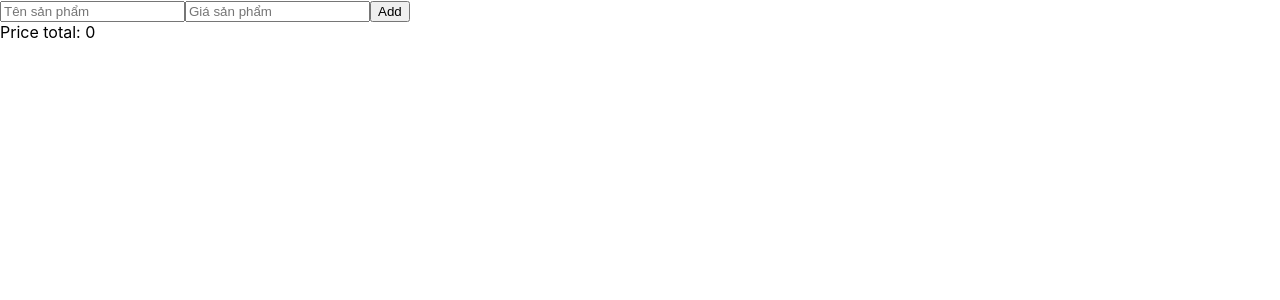
Repository: nongtruongfc/tiktok
Page: /
An editor plug-in stored every save of this project. The page is shown before and after the next save, followed by the edit.
The browser window is 1280 px wide. The pictures show the whole page.
The project was rebuilt for these pictures with package versions that can differ from the ones it lists, and the page was loaded fresh each time.

Above is the page before, as saved 2021-12-29 16:05:35.

### src/App.js

import Calculator from "./components/Calculator";

function App() {
  // TodoForm

  // const handleSubmitForm = (value) => {
  //   const newTodos = [...todos]
  //   newTodos.push({
  //     id: Math.random(),
  //     name: value
  //   })
  //   setTodos(newTodos)
  // }
  // // TodoForm End

  // // TodoList
  // const [todos,setTodos] = useState([
  //   {id: 1,name: "Todo 1"},
  //   {id: 2,name: "Todo 2"},
  //   {id: 3,name: "Todo 3"},
  // ])
  // const handleDeleteItem = todo => {
  //   const index = todos.findIndex(item => item.id === todo.id)
  //   const newTodos = [...todos]
  //   newTodos.splice(index,1)
  //   setTodos(newTodos)
  // }
  // // TodoList End

  // // PostList
  // const [page,setPage] = useState(1)
  // const [posts,setPosts] = useState([])

  // const api = `https://jsonplaceholder.typicode.com/posts?_limit=54&_page=${page}`

  // useEffect(() => {
  //   try {
  //     async function getPosts() {
  //       const respon = await fetch(api)
  //       const data = await respon.json()
  //       setPosts(data)
  //     }
  //     getPosts()
  //   } catch (e) {
  //     console.log(e)
  //   }

  // },[page])

  //   // Pagination
  // const handlePrevButtonClick = () => {
  //   setPage(page - 1)
  // }
  // const handleNextButtonClick = () => {
  //   setPage(page + 1)
  // }

  // // BackToTop
  // const [showBackToTop,setShowBackToTop] = useState()
  // console.log('re-render')

  // useEffect(() => {
  //   const handleScroll = () => {
  //     setShowBackToTop(window.scrollY > 200)
  //   }
  //   window.addEventListener('scroll', handleScroll)
  //   return () => {
  //     window.removeEventListener('scroll', handleScroll)
  //   }
  // },[])
  // const handleClickBackToTop = () => {
  //   window.scrollTo(0,0)
  // }
  // // Countdown
  // const [showCountdown,setShowCountdown] = useState(false)
  // const handleShowHideCountDown = () => {
  //   setShowCountdown(!showCountdown)
  // }


  return (
    <div className="App">

        {/* <button onClick={handleShowHideCountDown}>Show/Hide Countdown</button>
        {showCountdown && <Countdown counts={60} />}
        <TodoForm onSubmit={handleSubmitForm} />
        <TodoList todos={todos} deleteItem={handleDeleteItem} />
        <PostList posts={posts} onPrevButtonClick={handlePrevButtonClick} onNextButtonClick={handleNextButtonClick} page={page}/>
        {showBackToTop && <BackToTop onCLickBackToTop={handleClickBackToTop} />} */}
        <Calculator

        />
    </div>
  );
}

export default App;

### src/components/Calculator/index.jsx
import { useMemo, useRef, useState } from 'react';

function Calculator() {
    const [name,setName] = useState("")
    const [price,setPrice] = useState("")
    const [items,setItems] = useState([])
    const refInputName = useRef()

    const total = useMemo(() => {
        console.log("tinh toan gia")
        let result = items.reduce((total, item) => {
            return total + item.price
        },0)
        return result
    },[items])



    const handleAddItem = (e) => {
        e.preventDefault()
        if (name && price) {
            const newAddItems = [...items,{
                name,
                price: +price
            }]
            setItems(newAddItems)
            console.log('them item')
            setName("")
            setPrice("")
            refInputName.current.focus()
        }
    }

    const handleDeleteItem = (index) => {
        console.log('xoa item')
        const newRemoveItems = [...items]
        newRemoveItems.splice(index,1)
        setItems(newRemoveItems)
    }

    return (
        <form onSubmit={e => handleAddItem(e)}>
            {console.log("render")}
            <input
            ref = {refInputName}
            value={name}
            onChange = {e => setName(e.target.value)}
            type="text"
            placeholder="Tên sản phẩm"/>

            <input
            value={price}
            onChange = {e => setPrice(e.target.value)}
            type="text"
            placeholder="Giá sản phẩm" />

            <button
            onClick = {e => handleAddItem(e)}
            >Add</button>
            <div>
                {items.map((item,index) => (
                    <div key={Math.random()}>
                        {`${item.name} - ${item.price}`}

                        <button
                        onClick={() => handleDeleteItem(index)}
                        >Xoa</button>
                    </div>
                ))}
            </div>
            <div>Price total: {total}</div>

        </form>
    );
}

export default Calculator;

Loaded but not shown: public/index.html (common file); src/index.js (common file); src/index.css (common file); src/reportWebVitals.js (common file)

After the next save:
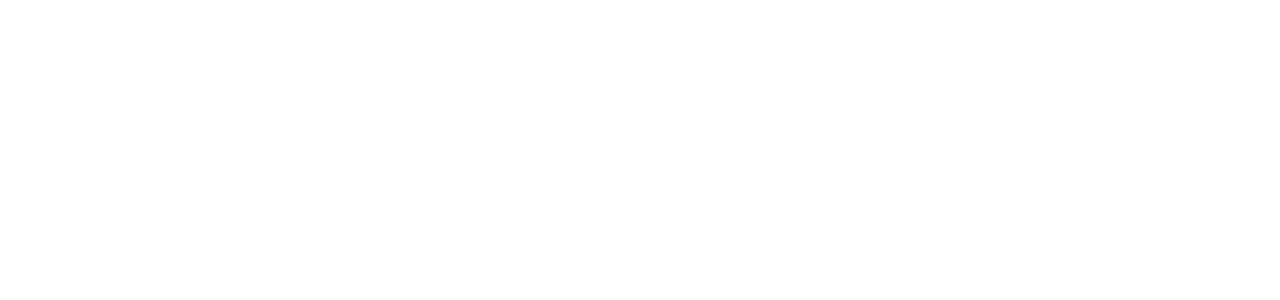
Saved 23 h 41 min later.
--- a/src/App.js
+++ b/src/App.js
@@ -2,95 +2,12 @@
 import Calculator from "./components/Calculator";
 
 function App() {
-  // TodoForm
 
-  // const handleSubmitForm = (value) => {
-  //   const newTodos = [...todos]
-  //   newTodos.push({
-  //     id: Math.random(),
-  //     name: value
-  //   })
-  //   setTodos(newTodos)
-  // }
-  // // TodoForm End
-
-  // // TodoList
-  // const [todos,setTodos] = useState([
-  //   {id: 1,name: "Todo 1"},
-  //   {id: 2,name: "Todo 2"},
-  //   {id: 3,name: "Todo 3"},
-  // ])
-  // const handleDeleteItem = todo => {
-  //   const index = todos.findIndex(item => item.id === todo.id)
-  //   const newTodos = [...todos]
-  //   newTodos.splice(index,1)
-  //   setTodos(newTodos)
-  // }
-  // // TodoList End
-
-  // // PostList
-  // const [page,setPage] = useState(1)
-  // const [posts,setPosts] = useState([])
-
-  // const api = `https://jsonplaceholder.typicode.com/posts?_limit=54&_page=${page}`
-
-  // useEffect(() => {
-  //   try {
-  //     async function getPosts() {
-  //       const respon = await fetch(api)
-  //       const data = await respon.json()
-  //       setPosts(data)
-  //     }
-  //     getPosts()
-  //   } catch (e) {
-  //     console.log(e)
-  //   }
-
-  // },[page])
-
-  //   // Pagination
-  // const handlePrevButtonClick = () => {
-  //   setPage(page - 1)
-  // }
-  // const handleNextButtonClick = () => {
-  //   setPage(page + 1)
-  // }
-
-  // // BackToTop
-  // const [showBackToTop,setShowBackToTop] = useState()
-  // console.log('re-render')
-
-  // useEffect(() => {
-  //   const handleScroll = () => {
-  //     setShowBackToTop(window.scrollY > 200)
-  //   }
-  //   window.addEventListener('scroll', handleScroll)
-  //   return () => {
-  //     window.removeEventListener('scroll', handleScroll)
-  //   }
-  // },[])
-  // const handleClickBackToTop = () => {
-  //   window.scrollTo(0,0)
-  // }
-  // // Countdown
-  // const [showCountdown,setShowCountdown] = useState(false)
-  // const handleShowHideCountDown = () => {
-  //   setShowCountdown(!showCountdown)
-  // }
 
 
   return (
     <div className="App">
 
-        {/* <button onClick={handleShowHideCountDown}>Show/Hide Countdown</button>
-        {showCountdown && <Countdown counts={60} />}
-        <TodoForm onSubmit={handleSubmitForm} />
-        <TodoList todos={todos} deleteItem={handleDeleteItem} />
-        <PostList posts={posts} onPrevButtonClick={handlePrevButtonClick} onNextButtonClick={handleNextButtonClick} page={page}/>
-        {showBackToTop && <BackToTop onCLickBackToTop={handleClickBackToTop} />} */}
-        <Calculator
-
-        />
     </div>
   );
 }

After the 2 saves that followed:
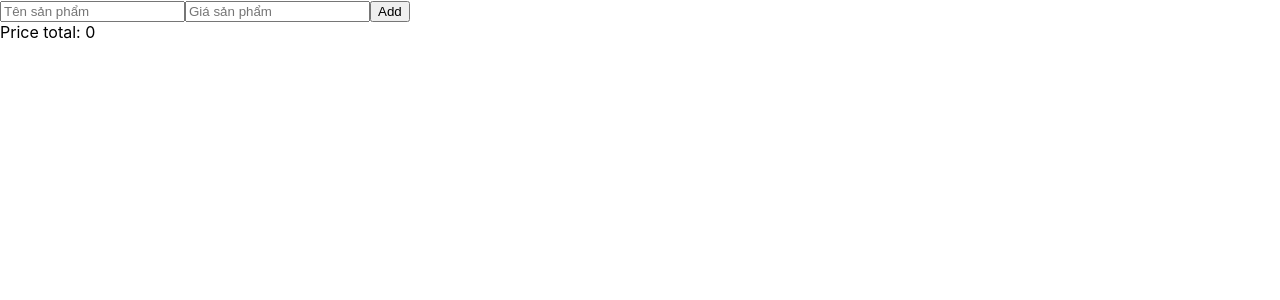
The 2 saves are shown as one change because they came seconds apart.
The last was saved 55 s later.
--- a/src/App.js
+++ b/src/App.js
@@ -7,7 +7,7 @@
 
   return (
     <div className="App">
-
+        <Calculator />
     </div>
   );
 }
